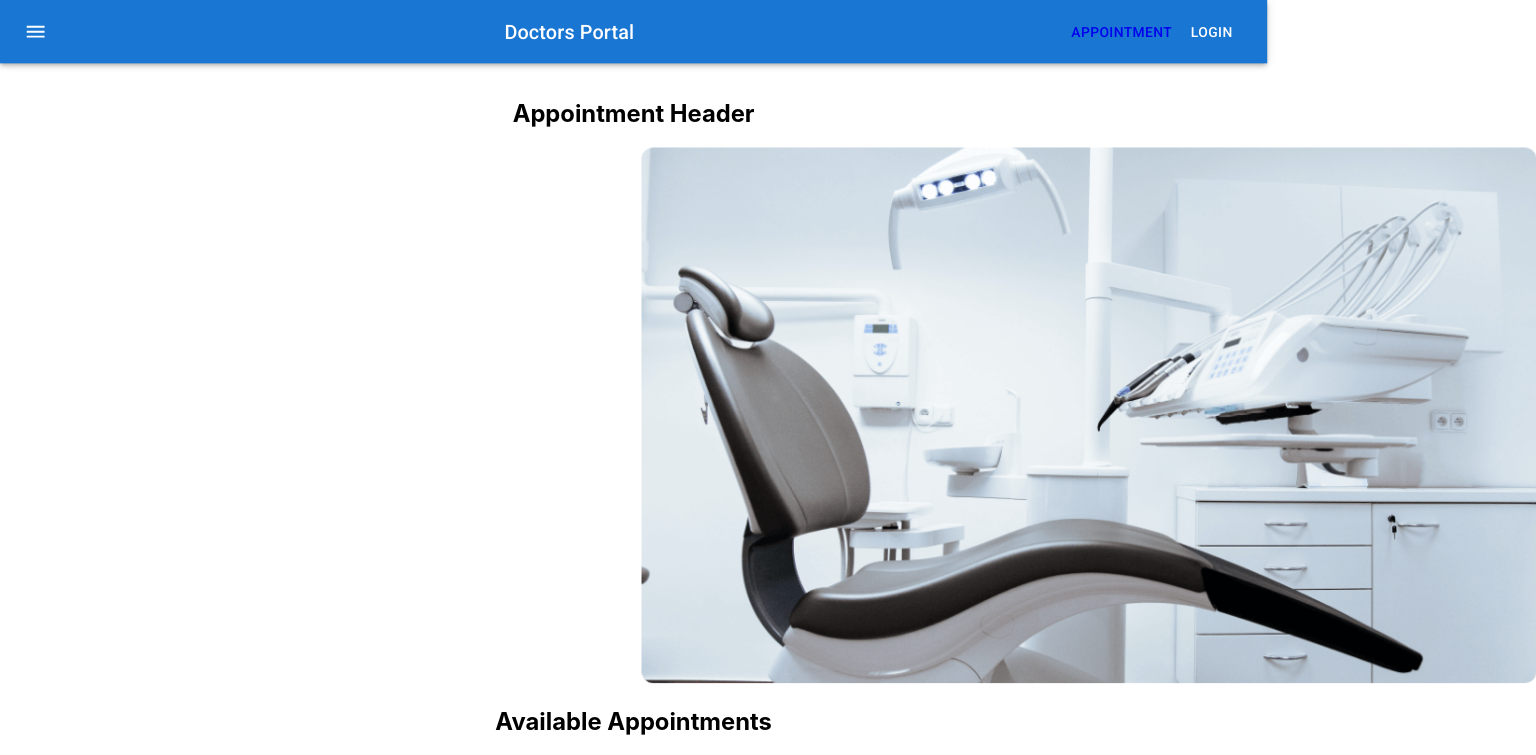
Repository: Sharif-00112/doctors-portal-client
Page: /appointment
An editor plug-in stored every save of this project. The page is shown before and after the next save, followed by the edit.
The browser window is 1280 px wide. The page is 1552 px wide, then 1280 px, so the pictures cover 1552 px, including what lies to the right of the window. The pictures show the whole page, at 99% of full size.
The project was rebuilt for these pictures with package versions that can differ from the ones it lists, and the page was loaded fresh each time. Also part of the build but not shown: src/Pages/Home/AppointmentBanner/AppointmentBanner.js, src/Pages/Home/Banner/Banner.js, src/Pages/Home/Service/Service.js, src/Pages/Home/Services/Services.js, src/Pages/Home/Home/Home.js.

Above is the page before, as saved 2022-11-02 11:49:17.

### public/index.html
<!DOCTYPE html>
<html lang="en">
  <head>
    <meta charset="utf-8" />
    <link rel="icon" href="%PUBLIC_URL%/favicon.ico" />
    <meta name="viewport" content="width=device-width, initial-scale=1" />
    <meta name="theme-color" content="#000000" />
    <meta
      name="description"
      content="Web site created using create-react-app"
    />
    <link
      rel="stylesheet" href="https://fonts.googleapis.com/css?family=Roboto:300,400,500,700&display=swap"
    />

    <link rel="apple-touch-icon" href="%PUBLIC_URL%/logo192.png" />
    <!--
      manifest.json provides metadata used when your web app is installed on a
      user's mobile device or desktop. See https://developers.google.com/web/fundamentals/web-app-manifest/
    -->
    <link rel="manifest" href="%PUBLIC_URL%/manifest.json" />
    <!--
      Notice the use of %PUBLIC_URL% in the tags above.
      It will be replaced with the URL of the `public` folder during the build.
      Only files inside the `public` folder can be referenced from the HTML.

      Unlike "/favicon.ico" or "favicon.ico", "%PUBLIC_URL%/favicon.ico" will
      work correctly both with client-side routing and a non-root public URL.
      Learn how to configure a non-root public URL by running `npm run build`.
    -->
    <title>React App</title>
  </head>
  <body>
    <noscript>You need to enable JavaScript to run this app.</noscript>
    <div id="root"></div>
    <!--
      This HTML file is a template.
      If you open it directly in the browser, you will see an empty page.

      You can add webfonts, meta tags, or analytics to this file.
      The build step will place the bundled scripts into the <body> tag.

      To begin the development, run `npm start` or `yarn start`.
      To create a production bundle, use `npm run build` or `yarn build`.
    -->
  </body>
</html>

### src/App.js
import './App.css';
import { BrowserRouter as Router, Route, Routes} from 'react-router-dom';
import Home from './Pages/Home/Home/Home';
import Appointment from './Pages/Appointment/Appointment/Appointment';

function App() {
  return (
    <div className="App">
      <Router>
        {/* <Header></Header> */}
        <Routes>
          <Route exact path = '/' element={<Home/>}/>
          <Route exact path = '/home' element={<Home/>}/>
          <Route exact path = '/appointment' element={<Appointment/>}/>
          <Route exact path = '*' element={<Home/>}/>
        </Routes>
        {/* <Footer></Footer> */}
      </Router>
    </div>
  );
}

export default App;

### src/Pages/Appointment/Appointment/Appointment.js
import React from 'react';
import Navigation from '../../Shared/Navigation/Navigation';
import AppointmentHeader from '../AppointmentHeader/AppointmentHeader';
import AvailableAppointments from '../AvailableAppointments/AvailableAppointments';

const Appointment = () => {
    return (
        <div>
            <Navigation></Navigation>
            <AppointmentHeader></AppointmentHeader>
            <AvailableAppointments></AvailableAppointments>
        </div>
    );
};

export default Appointment;

### src/Pages/Shared/Navigation/Navigation.js
import React from 'react';
import AppBar from '@mui/material/AppBar';
import Box from '@mui/material/Box';
import Toolbar from '@mui/material/Toolbar';
import Typography from '@mui/material/Typography';
import Button from '@mui/material/Button';
import IconButton from '@mui/material/IconButton';
import MenuIcon from '@mui/icons-material/Menu';
import { Link } from 'react-router-dom';

const Navigation = () => {
    return (
        <div>
            <Box sx={{ flexGrow: 1, pb:2 }}>
                <AppBar position="static">
                    <Toolbar>
                        <IconButton
                            size="large"
                            edge="start"
                            color="inherit"
                            aria-label="menu"
                            sx={{ mr: 2 }}
                        >
                            <MenuIcon />
                        </IconButton>
                        <Typography variant="h6" component="div" sx={{ flexGrow: 1 }}>
                            Doctors Portal
                        </Typography>
                        <Link to = '/appointment'>
                            <Button color="inherit">Appointment</Button>
                        </Link>
                        <Button color="inherit">Login</Button>
                    </Toolbar>
                </AppBar>
            </Box>
        </div>
    );
};

export default Navigation;

### src/Pages/Appointment/AppointmentHeader/AppointmentHeader.js
import { Grid } from '@mui/material';
import { Container } from '@mui/system';
import React from 'react';

import chair from '../../../images/images/chair.png';

const AppointmentHeader = () => {
    return (
        <div>
            <h2>Appointment Header</h2>

            <Container>
                <Grid container spacing={2}>
                    <Grid item xs={12} md={6}>

                    </Grid>
                    <Grid item xs={12} md={6}>
                        <img src={chair} alt="" />
                    </Grid>
                </Grid>
            </Container>
        </div>
    );
};

export default AppointmentHeader;

### src/Pages/Appointment/AvailableAppointments/AvailableAppointments.js
import React from 'react';

const AvailableAppointments = () => {
    return (
        <div>
            <h2>Available Appointments</h2>
        </div>
    );
};

export default AvailableAppointments;

Loaded but not shown: src/index.js (common file); src/index.css (common file); src/reportWebVitals.js (common file); src/App.css (common file)

After the next save:
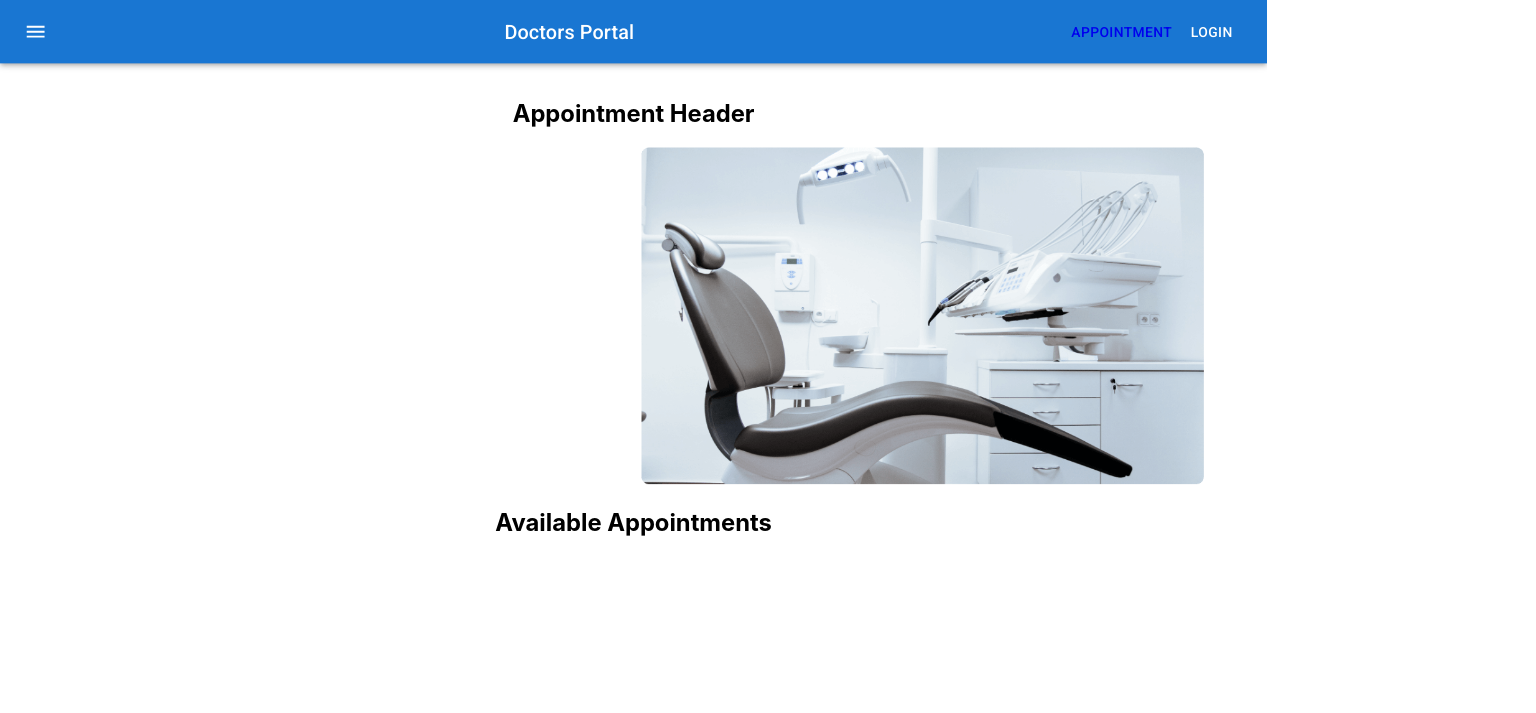
Saved 38 s later.
--- a/src/Pages/Appointment/AppointmentHeader/AppointmentHeader.js
+++ b/src/Pages/Appointment/AppointmentHeader/AppointmentHeader.js
@@ -15,7 +15,7 @@ const AppointmentHeader = () => {
 
                     </Grid>
                     <Grid item xs={12} md={6}>
-                        <img src={chair} alt="" />
+                        <img style={{width: '100%'}} src={chair} alt="" />
                     </Grid>
                 </Grid>
             </Container>
